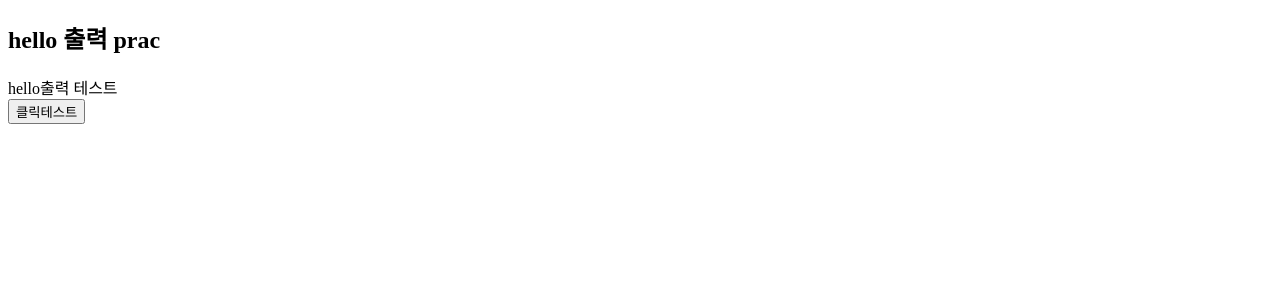
Repository: siwoo1214/acorn_server
Page: day06Prac/src/main/webapp/test.html
The author's editor kept a copy of each file at every save. The page is drawn from the files as they stood at one save, then again after the next save.
The browser window is 1280 px wide. The pictures show the whole page.
After loading, the first visible `button` was clicked once.

Above is the page before, as saved 2025-04-07 11:50:13.

### day06Prac/src/main/webapp/test.html
<!DOCTYPE html>
<html>
<head>
<meta charset="UTF-8">
<title>Insert title here</title>
<script>

	function printH(){
		let print = document.getElementById("pr");
		let str = "hello";
		str+="출력 테스트";
		console.log(print);
		print.innerHTML = str;
	}

</script>
</head>
<body>
	<h2>hello 출력 prac</h2>
	<div id="pr"></div>
	<button onclick="printH()">클릭테스트</button>
</body>
</html>

After the next save:
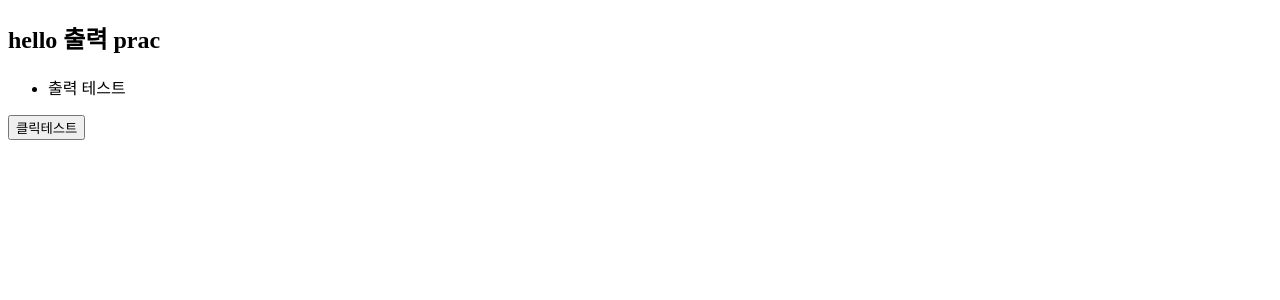
Saved 53 s later.
--- a/day06Prac/src/main/webapp/test.html
+++ b/day06Prac/src/main/webapp/test.html
@@ -7,8 +7,8 @@
 
 	function printH(){
 		let print = document.getElementById("pr");
-		let str = "hello";
-		str+="출력 테스트";
+		let str = "<ul><li>";
+		str+="출력 테스트</li></ul>";
 		console.log(print);
 		print.innerHTML = str;
 	}
